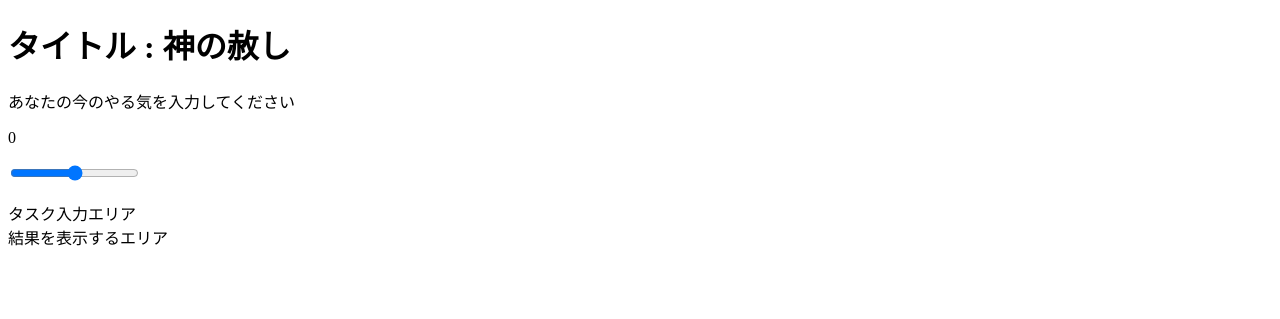
Repository: masa0306/god_forgiveness
Page: index.html
These files come from the project's save history. The page is drawn as it stood at one moment and after a run of saves; the edit follows.
The browser window is 1280 px wide. The pictures show the whole page.

Above is the page before, as saved 2024-05-14 22:43:02.

### index.html
<!DOCTYPE html>
<html lang="en">
<head>
    <meta charset="UTF-8">
    <meta name="viewport" content="width=device-width, initial-scale=1.0">
    <title>Document</title>
</head>
<body>
<!-- タイトルトップ -->
<!-- 神の許しを請うボタンを設置し、それを押すと始まるイメージ -->
    <div><h1>タイトル : 神の赦し</h1></div>
    <!-- やる気を入力するエリア -->
    <div>
        <p>あなたの今のやる気を入力してください</p>
        <p>0</p>
        <input type="range" name="motivation" min="0" max="99">
        <p></p>

    </div>


    <div>タスク入力エリア</div>

    <div>結果を表示するエリア</div>
    <script src="https://ajax.googleapis.com/ajax/libs/jquery/3.7.0/jquery.min.js"></script>
    <script src="/js/script.js"></script>

</body>
</html>

Loaded but not shown: js/script.js (no copy from this time; the picture is the same without it)

After the next 4 saves:
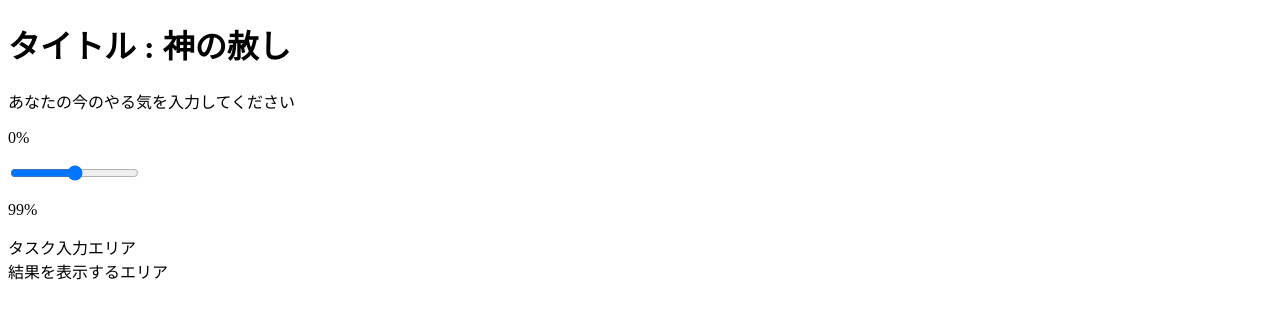
The 4 saves are shown as one change because they came seconds apart.
The last was saved 9 s later.
--- a/index.html
+++ b/index.html
@@ -12,9 +12,9 @@
     <!-- やる気を入力するエリア -->
     <div>
         <p>あなたの今のやる気を入力してください</p>
-        <p>0</p>
+        <p>0%</p>
         <input type="range" name="motivation" min="0" max="99">
-        <p></p>
+        <p>99%</p>
 
     </div>
 
